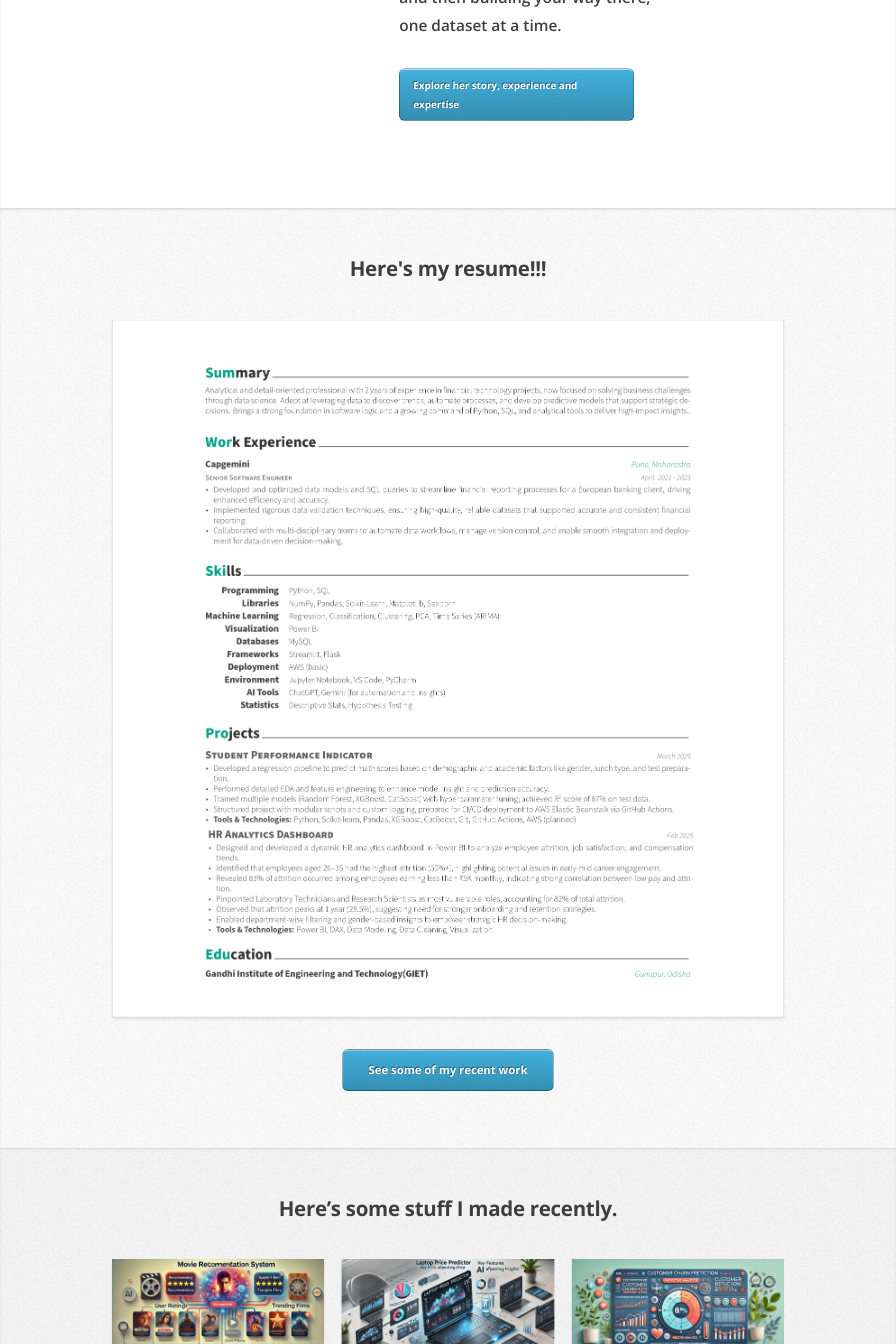
Repository: Shalini-Nanda-ds/Shalini-s-portfolio
Page: index.html
The author's editor kept a copy of each file at every save. The page is drawn from the files as they stood at one save, then again after the next save.
The browser window is 1280 px wide. The pictures show the part of the page from y = 1792 to 3712 px (the page is 5175 px tall), at 70% of full size.

Above is the page before, as saved 2025-05-09 13:50:54.

### index.html
<!DOCTYPE HTML>
<!--
	Miniport by HTML5 UP
	html5up.net | @ajlkn
	Free for personal and commercial use under the CCA 3.0 license (html5up.net/license)
-->
<html>
	<head>
		<title>Shalini's Portfolio</title>
		<meta charset="utf-8" />
		<meta name="viewport" content="width=device-width, initial-scale=1, user-scalable=no" />
		<link rel="stylesheet" href="assets/css/main.css" />
	</head>
	<body class="is-preload">

		<!-- Nav -->
			<nav id="nav">
				<ul class="container">
					<li><a href="#top">Top</a></li>
					<li><a href="#work">Work</a></li>
					<li><a href="#portfolio">Portfolio</a></li>
					<li><a href="#contact">Contact</a></li>
				</ul>
			</nav>

		<!-- Home -->
			<article id="top" class="wrapper style1">
				<div class="container">
					<div class="row">
						<div class="col-4 col-5-large col-12-medium">
							<span class="image fit"><img src="images\beautiful.png" alt="" /></span>
						</div>
						<div class="col-8 col-7-large col-12-medium">
							<header>
								<h1>Shalini in a <strong>Nutshell!!!</strong>.</h1>
							</header>
							<p><strong>A Short story time..!!</strong></p>

							<p>Once upon a time,
							a young professional landed her very first job — at one of the most prestigious banks in the country.</p>

							<p>She worked on high-impact, compliance-driven systems,
							ensuring that critical data processes ran smoothly and securely.<br>
							It was serious work. Responsible work.
							But something felt... <i style="color:#E53935"><b>missing</b></i>.</p>

							<p>She loved working with <span style="color:#43A047"><b>data</b></span> —
							but not just to <span style="color:#FB8C00"><b>report</b></span> things.
							She wanted to <span style="color:#FDD835"><b>see</b></span> them.
							To <span style="color:#00ACC1"><b>play with them</b></span>.
							To <span style="color:#8E24AA"><b>paint insights in color</b></span>.</p>

							<p>But her role didn’t allow that.</p>

							<p>So, she made a choice.
							A quiet one at first.
							She began her own journey into
							<span style="color:#6D4C41"><b>Data Science</b></span>.</p>

							<p>
							At night. On weekends. With <span style="color:#EF5350;"><b>curiosity</b></span> as fuel.<br>
							She taught herself <span style="color:#3949AB;"><b>Python</b></span>,
							<span style="color:#00897B;"><b>SQL</b></span>,
							and the art of asking better questions.
							</p>

							<p>Soon, she was doing things she once only imagined:</p>

							<ul style="list-style-type: '📊 '; padding-left: 1.2em;">
								<li>Cleaned messy datasets and brought stories to life</li>
							</ul>
							<ul style="list-style-type: '📈 '; padding-left: 1.2em;">
								<li>Built <span style="color:#F4511E;"><b>5+ full-fledged EDA projects</b></span> that made trends speak loud and clear</li>
							</ul>
							<ul style="list-style-type: '🔮 '; padding-left: 1.2em;">
								<li>Trained ML models with up to <span style="color:#039BE5;"><b>85% accuracy</b></span> — and yes, she tuned them herself</li>
							</ul>
							<ul style="list-style-type: '📂 '; padding-left: 1.2em;">
								<li>Created a growing <span style="color:#5E35B1;"><b>Kaggle & GitHub portfolio</b></span> that shows her code, her thinking, and her growth</li>
							</ul>
							<ul style="list-style-type: '🎨 '; padding-left: 1.2em;">
								<li>Designed interactive dashboards using <span style="color:#43A047;"><b>Power BI</b></span> and <span style="color:#00ACC1;"><b>Streamlit</b></span></li>
							</ul>

							<p><b>
							This isn’t just a story about shifting careers.<br>
							This is a story about finding where you belong —<br>
							and then building your way there,<br>
							<span style="color:#FB8C00;"><b>one dataset at a time.</b></span>
							</b></p>

							<a href="#work" class="button scrolly" style="padding: 10px 20px; font-size: 14px;">
							Explore her story, experience and expertise
							</a>


						</div>
					</div>
				</div>
			</article>
<!-- Work -->
<article id="work" class="wrapper style2">
	<div class="container">
		<header>
			<h2>Here's my resume!!!</h2>
		</header>
		<div class="row aln-center">
			<div class="col-12">
			  <section class="box style1">
				<div class="resume-wrapper">
				  <a href="images\Shalini_Nanda.pdf" download>
					<img src="images\Shalini_Nanda_page-0001.jpg" alt="Resume Preview" class="resume-image">
				  </a>
				</div>
			  </section>
			</div>
		  </div>

		<div class="row aln-center">
			<div class="col-12">
				<footer class="align-center">
					<!-- Removed the "Download Resume" button -->
					<a href="#portfolio" class="button small scrolly">See some of my recent work</a>
				</footer>
			</div>
		</div>
	</div>
</article>




		<style>
			.resume-wrapper {
				width: 100%;
				max-width: 800px; /* Set your desired maximum width here */
				margin: 0 auto; /* Center the resume image horizontally */
				overflow: hidden;
				padding-bottom: 100%;
				position: relative;
			}

			.resume-image {
				position: absolute;
				top: 0;
				left: 0;
				width: 100%;
				height: 100%;
				object-fit: cover;
			}

			.align-center {
				text-align: center;
				margin-top: 2em;
			}

			.align-center .button {
				margin-top: 1em;
			}
		</style>



		<!-- Portfolio -->
		<article id="portfolio" class="wrapper style3">
			<div class="container">
				<header>
					<h2>Here’s some stuff I made recently.</h2>
					<!-- <p>Proin odio consequat sapien vestibulum consequat lorem dolore feugiat.</p> -->
				</header>
				<div class="row">
					<div class="col-4 col-6-medium col-12-small">
						<article class="box style2">
							<a href="https://github.com/Shalini-Nanda-ds/Movie-Recommendation-System" class="image featured" target="_blank"><img src="images\Movie_recommend.webp" alt="Movie Recommendation System" /></a>
							<h3><a href="https://github.com/Shalini-Nanda-ds/Movie-Recommendation-System" target="_blank">Movie Recommendation System</a></h3>
							<!-- <p>Ornare nulla proin odio consequat.</p> -->
						</article>
					</div>
					<div class="col-4 col-6-medium col-12-small">
						<article class="box style2">
							<a href="https://github.com/Shalini-Nanda-ds/Laptop-Price-Predictor" class="image featured" target="_blank"><img src="images/Laptop_price.webp" alt="Laptop Price Predictor" /></a>
							<h3><a href="https://github.com/Shalini-Nanda-ds/Laptop-Price-Predictor" target="_blank">Laptop Price Predictor</a></h3>
							<!-- <p>Ornare nulla proin odio consequat.</p> -->
							</article>
					</div>

					<div class="col-4 col-6-medium col-12-small">
						<article class="box style2">
							<a href="https://github.com/Shalini-Nanda-ds/Customer-Churn-Prediction" class="image featured" target="_blank"><img src="images\Customer_churn.webp" alt="Customer Churn Prediction" /></a>
							<h3><a href="https://github.com/Shalini-Nanda-ds/Customer-Churn-Prediction" target="_blank">Customer Churn Prediction</a></h3>
							<!-- <p>Ornare nulla proin odio consequat.</p> -->
							</article>
					</div>
					<div class="col-4 col-6-medium col-12-small">
						<article class="box style2">
							<a href="https://github.com/Shalini-Nanda-ds/Python-Portfolio" class="image featured" target="_blank"><img src="images/Python_preview.webp" alt="Python Portfolio" /></a>
							<h3><a href="https://github.com/Shalini-Nanda-ds/Python-Portfolio" target="_blank">Python Portfolio</a></h3>
							<!-- <p>Ornare nulla proin odio consequat.</p> -->
							</article>
					</div>
					<div class="col-4 col-6-medium col-12-small">
						<article class="box style2">
							<a href="https://github.com/Shalini-Nanda-ds/SQL-Portfolio" class="image featured" target="_blank"><img src="images\SQL_preview.webp" alt="SQL Portfolio" /></a>
							<h3><a href="https://github.com/Shalini-Nanda-ds/SQL-Portfolio" target="_blank">SQL Portfolio</a></h3>
							<!-- <p>Ornare nulla proin odio consequat.</p> -->
							</article>
					</div>
					<div class="col-4 col-6-medium col-12-small">
						<article class="box style2">
							<a href="https://github.com/Shalini-Nanda-ds/Student-s_Performance.git" class="image featured" target="_blank"><img src="images\Student_perform.webp" alt="Student Performance" /></a>
							<h3><a href="https://github.com/Shalini-Nanda-ds/Student-s_Performance.git" target="_blank">Student's Performance</a></h3>
							<!-- <p>Ornare nulla proin odio consequat.</p> -->
							</article>
					</div>
					<div class="col-4 col-6-medium col-12-small">
						<article class="box style2">
							<a href="https://github.com/Shalini-Nanda-ds/Ecommerce_dashboard.git" class="image featured" target="_blank"><img src="images\e_commerce_preview.webp" alt="Ecommerce dashboard" /></a>
							<h3><a href="https://github.com/Shalini-Nanda-ds/Ecommerce_dashboard.git" target="_blank">Ecommerce Dashboard 📈💰📊</a></h3>
							<!-- <p>Ornare nulla proin odio consequat.</p> -->
							</article>
					</div>
					<div class="col-4 col-6-medium col-12-small">
						<article class="box style2">
							<a href="https://github.com/Shalini-Nanda-ds/HR_Analytics_Dashboard.git" class="image featured" target="_blank"><img src="images\HR_report_preview.webp" alt="HR Analytics Report" /></a>
							<h3><a href="https://github.com/Shalini-Nanda-ds/HR_Analytics_Dashboard.git" target="_blank">HR Analytics Report 🧑🏻‍💻👩🏻📈</a></h3>
							<!-- <p>Ornare nulla proin odio consequat.</p> -->
							</article>
					</div>

				</div>
				<footer class="align-center">
					<!-- <p>Lorem ipsum dolor sit sapien vestibulum ipsum primis?</p> -->
					<a href="#contact" class="button large scrolly">Get in touch with me</a>
				</footer>
			</div>
		</article>


		<!-- Contact -->
		<article id="contact" class="wrapper style4">
			<div class="container medium">
				<div class="row">
					<div class="col-12">
						<hr />
						<h3>Find me on ...</h3>
						<ul class="social">
							<li><a href="https://www.linkedin.com/in/shnanda-ds/" target="_blank" class="icon brands fa-linkedin-in"><span class="label">LinkedIn</span></a></li>
							<li><a href="mailto:shnanda.datascientist07@gmail.com" target="_blank" class="icon solid fa-envelope"><span class="label">Email</span></a></li>
							<li><a href="https://github.com/Shalini-Nanda-ds" target="_blank" class="icon brands fa-github"><span class="label">Github</span></a></li>
							<li><a href="https://datataleswithshalini.blogspot.com" target="_blank" class="icon brands fa-blogger"><span class="label">Blogger</span></a></li>
							<li><a href="tel:+91 9123102656" target="_blank" class="icon solid fa-phone"><span class="label">Phone</span></a></li>
						</ul>
						<hr />
					</div>

				<!-- </div>
				<footer>
					<ul id="copyright">
						<li>&copy; Untitled. All rights reserved.</li>
						<li>Design: <a href="http://html5up.net">HTML5 UP</a></li>
					</ul>
				</footer>
			</div> -->
		</article>

						<!-- <div class="col-12">
							<hr />
							<h3>Find me on ...</h3>
							<ul class="social">
								<li><a href="#" class="icon brands fa-twitter"><span class="label">Twitter</span></a></li>
								<li><a href="#" class="icon brands fa-facebook-f"><span class="label">Facebook</span></a></li>
								<li><a href="#" class="icon brands fa-dribbble"><span class="label">Dribbble</span></a></li>
								<li><a href="#" class="icon brands fa-linkedin-in"><span class="label">LinkedIn</span></a></li>
								<li><a href="#" class="icon brands fa-tumblr"><span class="label">Tumblr</span></a></li>
								<li><a href="#" class="icon brands fa-google-plus"><span class="label">Google+</span></a></li>
								<li><a href="#" class="icon brands fa-github"><span class="label">Github</span></a></li>

								<li><a href="#" class="icon solid fa-rss"><span>RSS</span></a></li>
								<li><a href="#" class="icon brands fa-instagram"><span>Instagram</span></a></li>
								<li><a href="#" class="icon brands fa-foursquare"><span>Foursquare</span></a></li>
								<li><a href="#" class="icon brands fa-skype"><span>Skype</span></a></li>
								<li><a href="#" class="icon brands fa-soundcloud"><span>Soundcloud</span></a></li>
								<li><a href="#" class="icon brands fa-youtube"><span>YouTube</span></a></li>
								<li><a href="#" class="icon brands fa-blogger"><span>Blogger</span></a></li>
								<li><a href="#" class="icon brands fa-flickr"><span>Flickr</span></a></li>
								<li><a href="#" class="icon brands fa-vimeo"><span>Vimeo</span></a></li>
								-->
							<!-- </ul>
							<hr />
						</div>
					</div>
					<footer>
						<ul id="copyright">
							<li>&copy; Untitled. All rights reserved.</li><li>Design: <a href="http://html5up.net"></a></li>
						</ul>
					</footer>
				</div>
			</article>   -->

		<!-- Scripts -->
			<script src="assets/js/jquery.min.js"></script>
			<script src="assets/js/jquery.scrolly.min.js"></script>
			<script src="assets/js/browser.min.js"></script>
			<script src="assets/js/breakpoints.min.js"></script>
			<script src="assets/js/util.js"></script>
			<script src="assets/js/main.js"></script>

	</body>
</html>

Loaded but not shown: assets/css/fontawesome-all.min.css (library); assets/js/jquery.min.js (library); assets/js/jquery.scrolly.min.js (common file); assets/js/browser.min.js (common file); assets/js/breakpoints.min.js (common file); assets/js/util.js (587 lines, source omitted); assets/js/main.js (34 lines, source omitted); assets/css/main.css (2445 lines, source omitted)

After the next save:
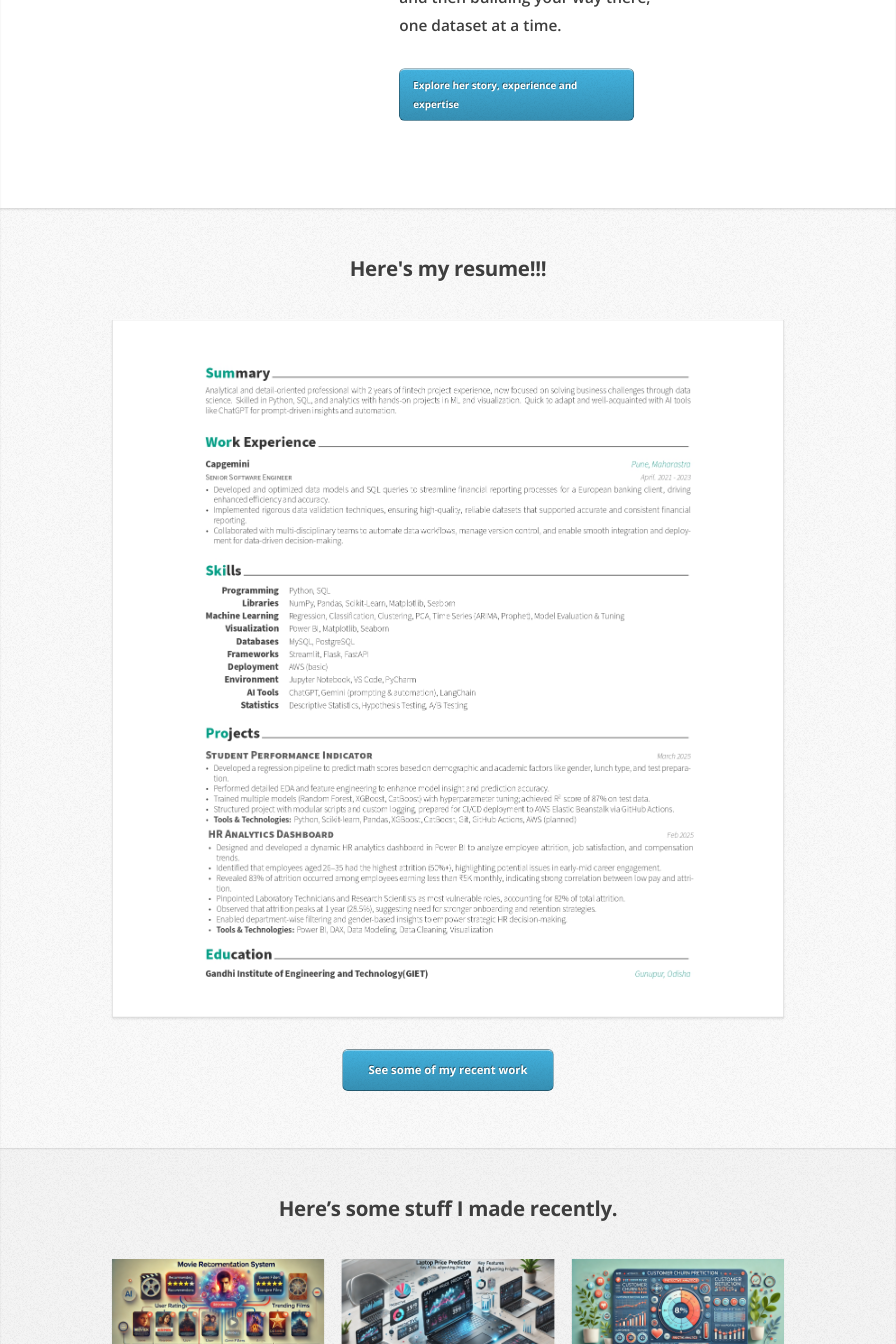
Saved 119 days later.
--- a/index.html
+++ b/index.html
@@ -108,8 +108,8 @@
 			<div class="col-12">
 			  <section class="box style1">
 				<div class="resume-wrapper">
-				  <a href="images\Shalini_Nanda.pdf" download>
-					<img src="images\Shalini_Nanda_page-0001.jpg" alt="Resume Preview" class="resume-image">
+				  <a href="images\Shalini_Nanda (4).pdf" download>
+					<img src="images\Shalini_Nanda (4)_page-0001.jpg" alt="Resume Preview" class="resume-image">
 				  </a>
 				</div>
 			  </section>
